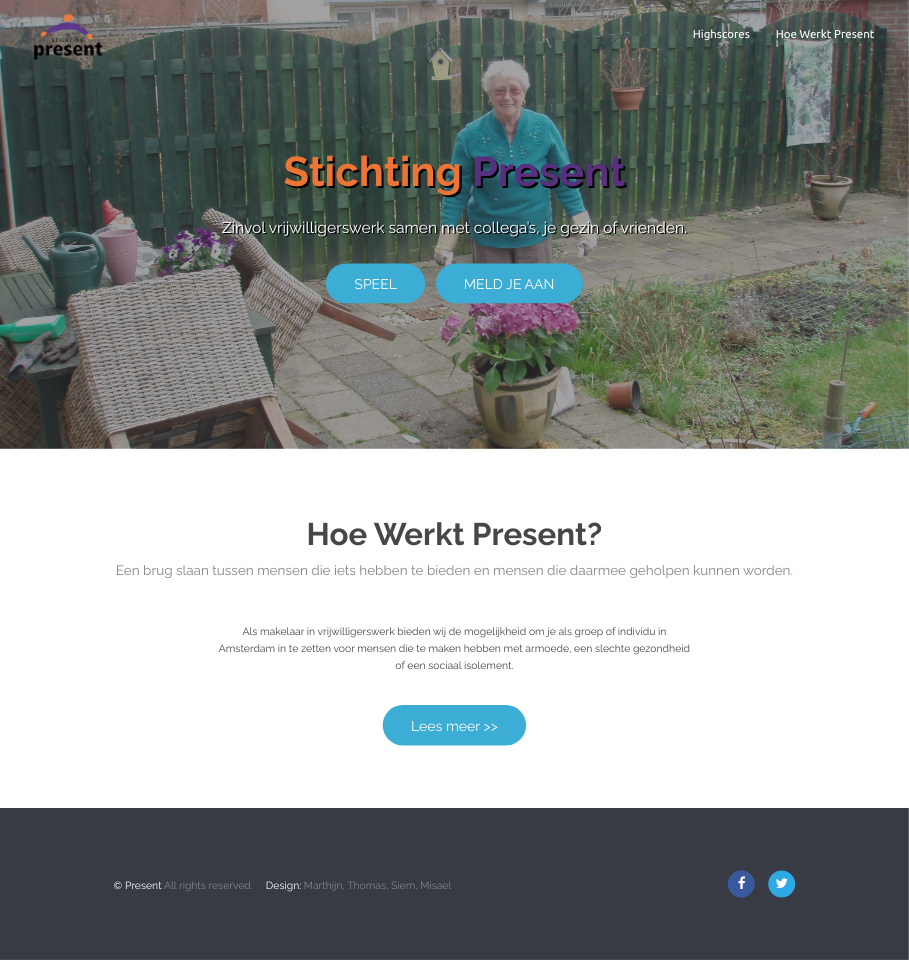
Repository: siemdicou/stichtingpresent
Page: website/index.html
The author's editor kept a record of every edit. The page is drawn from the files as they stood at one moment, then again after the next edit.
The browser window is 1280 px wide. The pictures show the whole page, at 71% of full size.
Backgrounds fixed to the window are drawn as part of the page.

Above is the page before.

### website/index.html
<!DOCTYPE html>
<html lang="en">
	<head>
		<meta charset="UTF-8">
		<title>Stichting Present</title>
		<meta http-equiv="content-type" content="text/html; charset=utf-8" />
		<meta name="description" content="" />
		<meta name="keywords" content="" />
		<!--[if lte IE 8]><script src="js/html5shiv.js"></script><![endif]-->
		<script src="js/jquery.min.js"></script>
		<script src="js/skel.min.js"></script>
		<script src="js/skel-layers.min.js"></script>
		<script src="js/init.js"></script>
		<link rel="apple-touch-icon" sizes="57x57" href="images/favicon/apple-icon-57x57.png">
		<link rel="apple-touch-icon" sizes="60x60" href="images/favicon/apple-icon-60x60.png">
		<link rel="apple-touch-icon" sizes="72x72" href="images/favicon/apple-icon-72x72.png">
		<link rel="apple-touch-icon" sizes="76x76" href="images/favicon/apple-icon-76x76.png">
		<link rel="apple-touch-icon" sizes="114x114" href="images/favicon/apple-icon-114x114.png">
		<link rel="apple-touch-icon" sizes="120x120" href="images/favicon/apple-icon-120x120.png">
		<link rel="apple-touch-icon" sizes="144x144" href="images/favicon/apple-icon-144x144.png">
		<link rel="apple-touch-icon" sizes="152x152" href="images/favicon/apple-icon-152x152.png">
		<link rel="apple-touch-icon" sizes="180x180" href="images/favicon/apple-icon-180x180.png">
		<link rel="icon" type="image/png" sizes="192x192"  href="images/favicon/android-icon-192x192.png">
		<link rel="icon" type="image/png" sizes="32x32" href="images/favicon/favicon-32x32.png">
		<link rel="icon" type="image/png" sizes="96x96" href="images/favicon/favicon-96x96.png">
		<link rel="icon" type="image/png" sizes="16x16" href="images/favicon/favicon-16x16.png">
		<link rel="manifest" href="/manifest.json">
		<meta name="msapplication-TileColor" content="#ffffff">
		<meta name="msapplication-TileImage" content="/ms-icon-144x144.png">
		<meta name="theme-color" content="#ffffff">
		<noscript>
			<link rel="stylesheet" href="css/skel.css" />
			<link rel="stylesheet" href="css/style.css" />
			<link rel="stylesheet" href="css/style-xlarge.css" />
			<link rel="stylesheet" href="css/hover.css" />
			<link href="images/favicon.ico" rel="shortcut icon"></link>
		</noscript>
		<script>
	// dit is een ander scriptje dat zorgt voor een VLOEIEND SCROLLEN.
$(function() {
  $('a[href*=#]:not([href=#])').click(function() {
    if (location.pathname.replace(/^\//,'') == this.pathname.replace(/^\//,'') && location.hostname == this.hostname) {
      var target = $(this.hash);
      target = target.length ? target : $('[name=' + this.hash.slice(1) +']');
      if (target.length) {
        $('html,body').animate({
          scrollTop: target.offset().top
        }, 1000);
        return false;
      }
    }
  });
});
</script>
	</head>
	<body class="landing">

		<!-- Header -->
			<header id="header">
				<h1><a href="index.html"><img class="logo" src="images/logo.gif" width="100" height="64"  alt=""/></a></h1>
				<nav id="nav">
					<ul>
						<li><a href="#one">Highscores</a></li>
						<li><a href="#two">Hoe Werkt Present</a></li>
					</ul>
				</nav>
			</header>

		<!-- Banner -->
			<section id="banner">
				<h2><FONT COLOR="#EC7535">Stichting</FONT> <FONT COLOR="#58307D">Present</FONT></h2>
				<p>Zinvol vrijwilligerswerk samen met collega’s, je gezin of vrienden.</p>
				<ul class="actions">
					<li>
						<a href="#" target="_blank" class="button big buttsp">SPEEL</a>&nbsp;&nbsp;&nbsp;
						<a href="http://stichtingpresent.nl/amsterdam/aanmelden/" target="_blank" class="button big buttme">MELD JE AAN</a>
					</li>
				</ul>
			</section>
		<!-- Two -->
			<section id="two" class="wrapper style2 special">
				<div class="container">
					<header class="major">
						<h2>Hoe Werkt Present?</h2>
						<p>Een brug slaan tussen mensen die iets hebben te bieden en mensen die daarmee geholpen kunnen worden.</p>
					</header>
					<footer>
						<p>Als makelaar in vrijwilligerswerk bieden wij de mogelijkheid om je als groep of individu in Amsterdam in te zetten voor mensen die te maken hebben met armoede, een slechte gezondheid of een sociaal isolement.</p>
						<ul class="actions">
							<li>
								<a href="http://stichtingpresent.nl/amsterdam/hoe-werkt-present/voor-vrijwilligers/" target="_blank" class="button big">Lees meer >></a>
							</li>
						</ul>
					</footer>
				</div>
			</section>

		<!-- Three -->
		<!--	<section id="three" class="wrapper style3 special">-->
		<!--		<div class="container">-->
		<!--			<header class="major">-->
		<!--				<h2>Aanmelden</h2>-->
		<!--				<p>Meld je aan en help Stichting Present!</p>-->
		<!--			</header>-->
		<!--		</div>-->
		<!--		<div class="container 50%">-->
		<!--			<form action="#" method="post">-->
		<!--				<div class="row uniform">-->
		<!--					<div class="6u 12u$(small)">-->
		<!--						<input name="name" id="name" value="" placeholder="Naam" type="text">-->
		<!--					</div>-->
		<!--					<div class="6u$ 12u$(small)">-->
		<!--						<input name="email" id="email" value="" placeholder="Email" type="email">-->
		<!--					</div>-->
		<!--					<div class="12u$">-->
		<!--						<textarea name="message" id="message" placeholder="Bericht" rows="6"></textarea>-->
		<!--					</div>-->
		<!--					<div class="12u$">-->
		<!--						<ul class="actions">-->
		<!--							<li><input value="Verzenden" class="special big" type="submit"></li>-->
		<!--						</ul>-->
		<!--					</div>-->
		<!--				</div>-->
		<!--			</form>-->
		<!--		</div>-->
		<!--	</section>-->

		<!-- Footer -->
			<footer id="footer">
				<div class="container">
					<!--<section class="links">-->
					<!--	<div class="row">-->
					<!--		<section class="3u 6u(medium) 12u$(small)">-->
					<!--			<h3>Lorem ipsum dolor</h3>-->
					<!--			<ul class="unstyled">-->
					<!--				<li><a href="#">Lorem ipsum dolor sit</a></li>-->
					<!--				<li><a href="#">Nesciunt itaque, alias possimus</a></li>-->
					<!--				<li><a href="#">Optio rerum beatae autem</a></li>-->
					<!--				<li><a href="#">Nostrum nemo dolorum facilis</a></li>-->
					<!--				<li><a href="#">Quo fugit dolor totam</a></li>-->
					<!--			</ul>-->
					<!--		</section>-->
					<!--		<section class="3u 6u$(medium) 12u$(small)">-->
					<!--			<h3>Culpa quia, nesciunt</h3>-->
					<!--			<ul class="unstyled">-->
					<!--				<li><a href="#">Lorem ipsum dolor sit</a></li>-->
					<!--				<li><a href="#">Reiciendis dicta laboriosam enim</a></li>-->
					<!--				<li><a href="#">Corporis, non aut rerum</a></li>-->
					<!--				<li><a href="#">Laboriosam nulla voluptas, harum</a></li>-->
					<!--				<li><a href="#">Facere eligendi, inventore dolor</a></li>-->
					<!--			</ul>-->
					<!--		</section>-->
					<!--		<section class="3u 6u(medium) 12u$(small)">-->
					<!--			<h3>Neque, dolore, facere</h3>-->
					<!--			<ul class="unstyled">-->
					<!--				<li><a href="#">Lorem ipsum dolor sit</a></li>-->
					<!--				<li><a href="#">Distinctio, inventore quidem nesciunt</a></li>-->
					<!--				<li><a href="#">Explicabo inventore itaque autem</a></li>-->
					<!--				<li><a href="#">Aperiam harum, sint quibusdam</a></li>-->
					<!--				<li><a href="#">Labore excepturi assumenda</a></li>-->
					<!--			</ul>-->
					<!--		</section>-->
					<!--		<section class="3u$ 6u$(medium) 12u$(small)">-->
					<!--			<h3>Illum, tempori, saepe</h3>-->
					<!--			<ul class="unstyled">-->
					<!--				<li><a href="#">Lorem ipsum dolor sit</a></li>-->
					<!--				<li><a href="#">Recusandae, culpa necessita nam</a></li>-->
					<!--				<li><a href="#">Cupiditate, debitis adipisci blandi</a></li>-->
					<!--				<li><a href="#">Tempore nam, enim quia</a></li>-->
					<!--				<li><a href="#">Explicabo molestiae dolor labore</a></li>-->
					<!--			</ul>-->
					<!--		</section>-->
					<!--	</div>-->
					<!--</section>-->
					<div class="row">
						<div class="8u 12u$(medium)">
							<ul class="copyright">
								<li><a href="http://stichtingpresent.nl/amsterdam/" target="_blank"><FONT COLOR="#fff">&copy; Present</FONT></a> All rights reserved.</li>
								<li><FONT COLOR="#fff">Design:</FONT> Marthijn, Thomas, Siem, Misael</li>
							</ul>
						</div>
						<div class="4u$ 12u$(medium)">
							<ul class="icons">
								<li>
									<a href="https://www.facebook.com/stichtingpresent.amsterdam/?fref=ts" target="_blank" class="icon rounded fa-facebook"><span class="label">Facebook</span></a>
								</li>
								<li>
									<a href="https://twitter.com/Presentnl" target="_blank" class="icon rounded fa-twitter"><span class="label">Twitter</span></a>
								</li>
								<!--<li>-->
								<!--	<a href="https://twitter.com/Presentnl" class="icon rounded fa-google-plus"><span class="label">Google+</span></a>-->
								<!--</li>-->
								<!--<li>-->
								<!--	<a href="https://twitter.com/Presentnl" class="icon rounded fa-linkedin"><span class="label">LinkedIn</span></a>-->
								<!--</li>-->
							</ul>
						</div>
					</div>
				</div>
			</footer>

	</body>
</html>

Loaded but not shown: website/js/jquery.min.js (library); website/js/skel.min.js (library); website/js/skel-layers.min.js (library); website/css/style-xlarge.css (common file); website/css/style-large.css (common file); website/css/font-awesome.min.css (library); website/js/init.js (88 lines, source omitted); website/css/style.css (1264 lines, source omitted)

After the next edit:
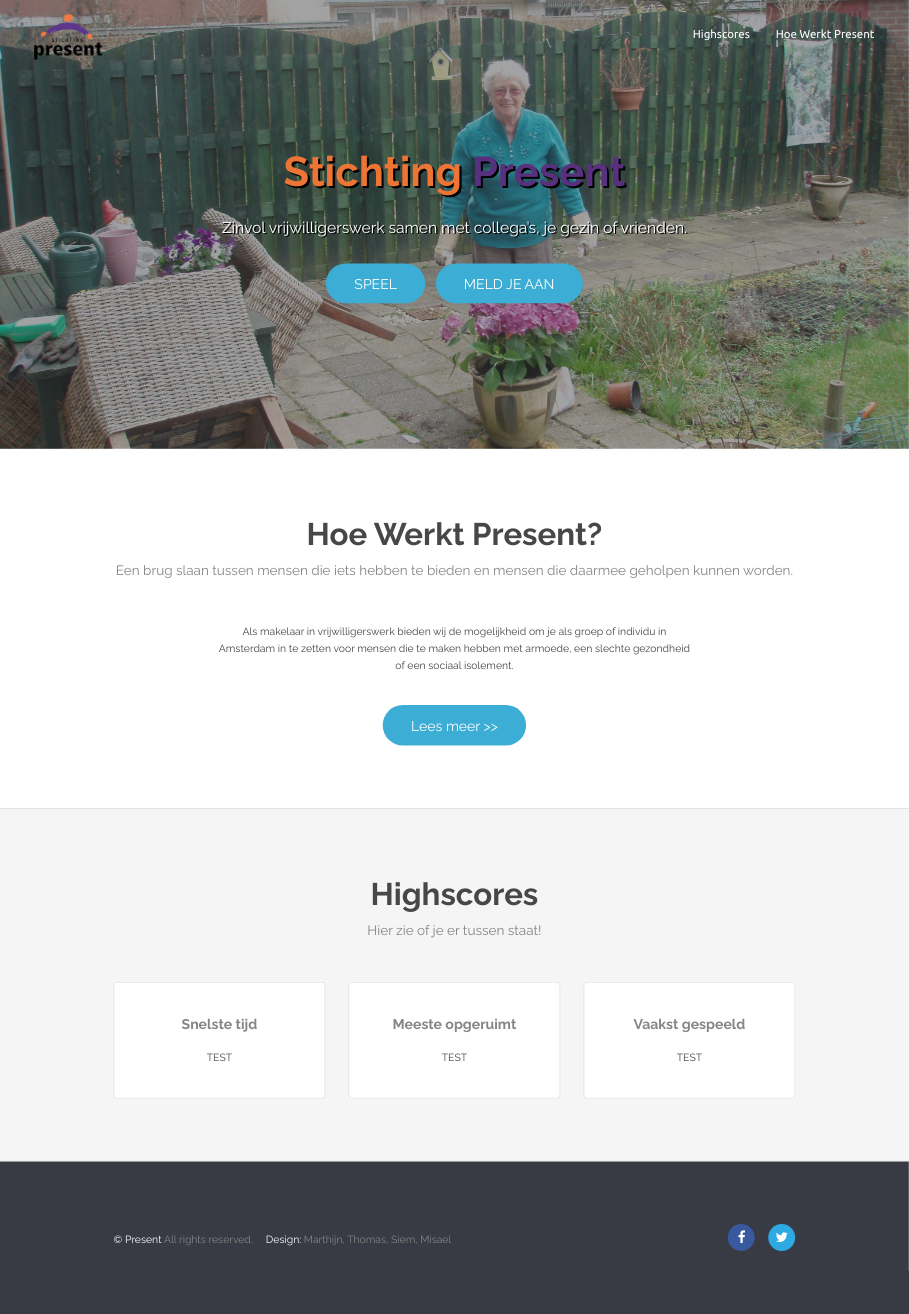
The edit:
--- a/website/index.html
+++ b/website/index.html
@@ -95,6 +95,36 @@
 				</div>
 			</section>
 
+					<!-- One -->
+			<section id="one" class="wrapper style1 special">
+				<div class="container">
+					<header class="major">
+						<h2>Highscores</h2>
+						<p>Hier zie of je er tussen staat!</p>
+					</header>
+					<div class="row 150%">
+						<div class="4u 12u$(medium)">
+							<section class="box">
+								<h3>Snelste tijd</h3>
+								<p>TEST</p>
+							</section>
+						</div>
+						<div class="4u 12u$(medium)">
+							<section class="box">
+								<h3>Meeste opgeruimt</h3>
+								<p>TEST</p>
+							</section>
+						</div>
+						<div class="4u$ 12u$(medium)">
+							<section class="box">
+								<h3>Vaakst gespeeld</h3>
+								<p>TEST</p>
+							</section>
+						</div>
+					</div>
+				</div>
+			</section>
+
 		<!-- Three -->
 		<!--	<section id="three" class="wrapper style3 special">-->
 		<!--		<div class="container">-->
